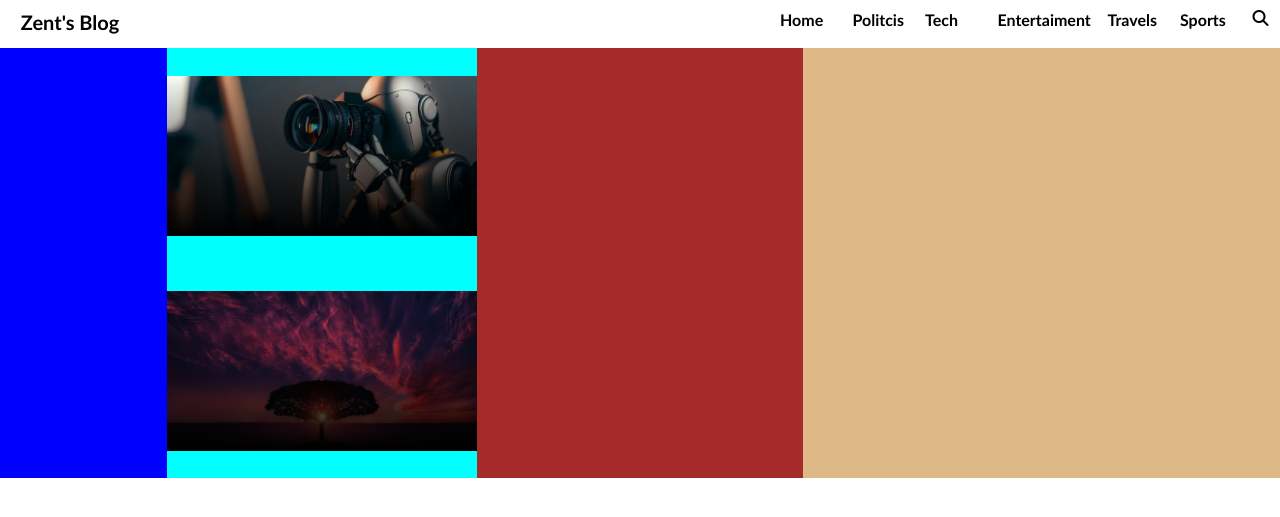
Repository: giacatdat2k5/html3
Page: html3.vs/7.1.html
The author's editor kept a copy of each file at every save. The page is drawn from the files as they stood at one save, then again after the next save.
The browser window is 1280 px wide. The pictures show the whole page.

Above is the page before, as saved 2023-09-27 13:52:17.

### html3.vs/7.1.html
<!DOCTYPE html>
<html lang="en">
<head>
    <meta charset="UTF-8">
    <meta name="viewport" content="width=device-width, initial-scale=1.0">
    <title>7.2</title>
    <link rel="stylesheet" type="text/css" href="7.1.css">
    <link rel="stylesheet" href="https://cdnjs.cloudflare.com/ajax/libs/font-awesome/6.4.2/css/all.min.css"/>
</head>
<body>
    <div id="header">
        <div class="logo">Zent's Blog </div>
        <div class="menu">
            <div class="items">Home</div>
            <div class="items">Politcis</div>
            <div class="items">Tech</div>
            <div class="items">Entertaiment</div>
            <div class="items">Travels</div>
            <div class="items">Sports</div>
            <div class="search"><i class="fa-solid fa-magnifying-glass"></i></div>
        </div>
    </div>
    <div id="content">
        <div class="left">
            <div class="imageleft">
                <div class="iamge1">
                    <div class="edit"></div>
                </div>
                <div class="iamge2">
                    <div class="edit"></div>
                </div>
            </div>
        </div>
        <div class="center">
            <div class="imagecenter"></div>
        </div>
        <div class="right">
            <div class="iamgeright"></div>
        </div>
    </div>
</body>
</html>

### html3.vs/7.1.css
@media all and (min-width: 992px){
*{
    margin:0;
    padding: 0;
}
#header{
    width: 100%;
    height: 3em;
    display: flex;
    justify-content: space-between;
}
.logo{
    font-size: 20px;
    width: 120px;
    text-align: center;
    padding: 10px;
    font-weight: bold;
    font-family:'Trebuchet MS', 'Lucida Sans Unicode', 'Lucida Grande', 'Lucida Sans', Arial, sans-serif;

}
.menu{
    width: 510px;
    display: flex;
}
.items{
    width: 90px;
    padding: 10px;
    font-weight: bold;
    font-family:'Trebuchet MS', 'Lucida Sans Unicode', 'Lucida Grande', 'Lucida Sans', Arial, sans-serif;
}
.search{
    width: 30px;
    padding: 10px;
}
#content{
    width: 100%;
    height: 430px;
    background-color:whitesmoke;
    display: flex;
}
.left{
    width: 38%;
    height: 100%;
    background-color: blue;
    display: flex;
    justify-content: right;
    align-items: center;
}
.center{
    width: 26%;
    height: 100%;
    background-color: brown;
}
.right{
    width: 38%;
    height: 100%;
    background-color:burlywood;
}
.imageleft{
    width: 65%;
    height: 100%;
    background-color: aqua;
    display: flex;
    flex-wrap: wrap;
    align-items: center;
}
.iamge1{
    background-image: url('anh1.webp');
    background-size: cover;
    width: 100%;
    height: 160px;
    display:flex;
    align-items: end;
}
.iamge2{
    background-image: url('anh2.jpeg');
    background-size: cover;
    width: 100%;
    height: 160px;
    display:flex;
    align-items: end;
}
.edit{
    width: 100%;
    height: 100%;
    background: linear-gradient(to bottom, transparent, rgba(0, 0, 0, 1));
}
}

After the next save:
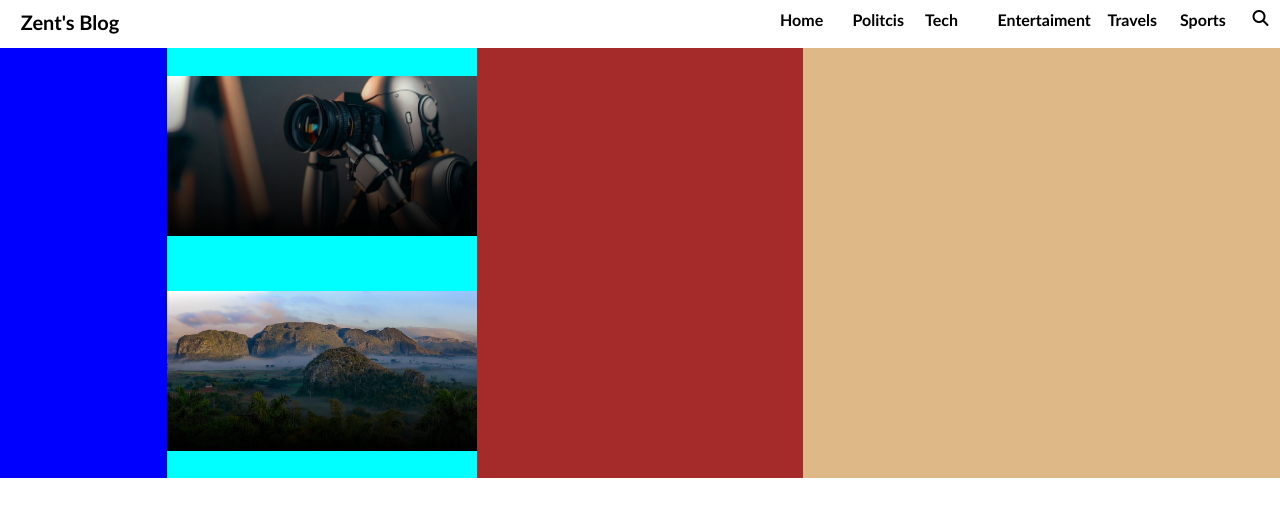
Saved 72 s later.
--- a/html3.vs/7.1.css
+++ b/html3.vs/7.1.css
@@ -73,7 +73,7 @@
     align-items: end;
 }
 .iamge2{
-    background-image: url('anh2.jpeg');
+    background-image: url('image3.jpeg');
     background-size: cover;
     width: 100%;
     height: 160px;
